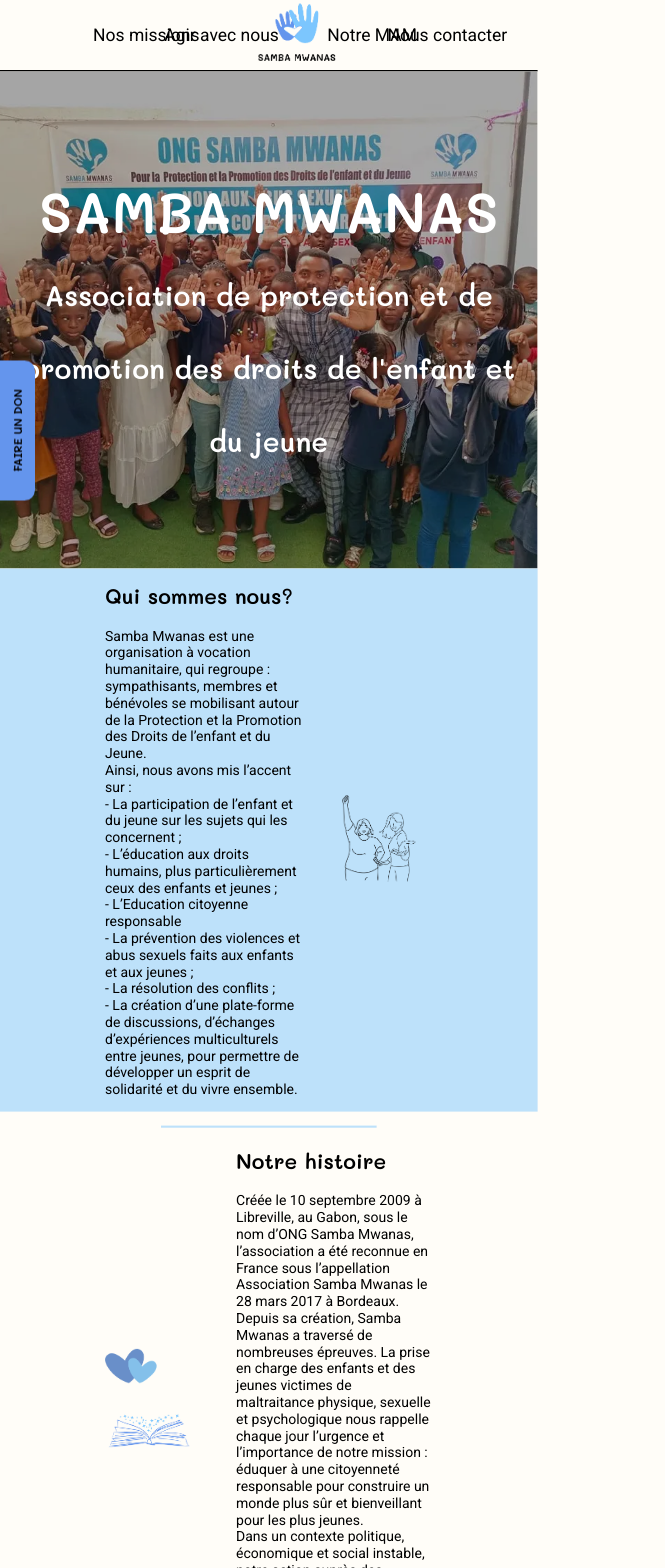
Repository: Danie-lDasilva/Samba-Mwanas
Page: index.html
These files come from the project's save history. The page is drawn as it stood at one moment and after the next save; the edit follows.
The browser window is 768 px wide. The page is 950 px wide, so the pictures cover 950 px, including what lies to the right of the window. The pictures show the part of the page from y = 0 to 2240 px (the page is 4485 px tall before and 4690 px after), at 70% of full size.

Above is the page before, as saved 2025-03-06 19:32:13.

After the next save:
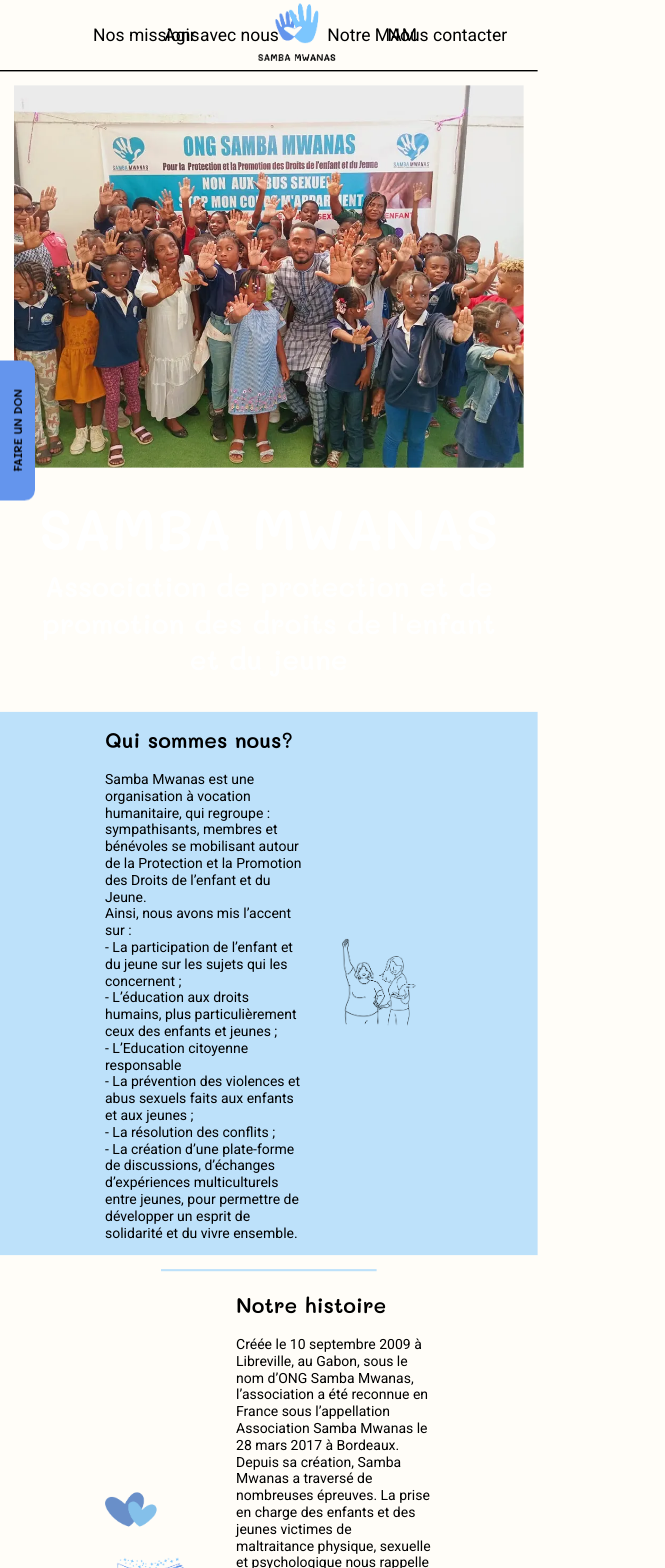
Saved 39 s later.
--- a/assets/css/style.css
+++ b/assets/css/style.css
@@ -117,23 +117,34 @@
 /*Landing page*/
 
 .Landing {
-    position: relative;
-    width: 100%;
-    height: calc(100vh - 90px);
-    overflow: hidden;
-    display: flex;
-    align-items: center;
-    justify-content: center;
+    text-align: center;
+    padding: 20px;
 }
 
 .Landing img {
-    position: absolute;
-    top: 0;
-    left: 0;
-    width: 100%;
-    height: 100%;
-    object-fit: cover;
-    filter: brightness(70%);
+    max-width: 100%;
+    height: auto;
+}
+
+.Samba {
+    font-size: 2em;
+    margin: 10px 0;
+}
+
+.Samba span {
+    display: block;
+    font-size: 1em;
+    margin-top: 5px;
+}
+
+@media (max-width: 768px) {
+    .Samba {
+        font-size: 1.5em;
+    }
+
+    .Samba span {
+        font-size: 0.9em;
+    }
 }
 
 .Landing h1{
